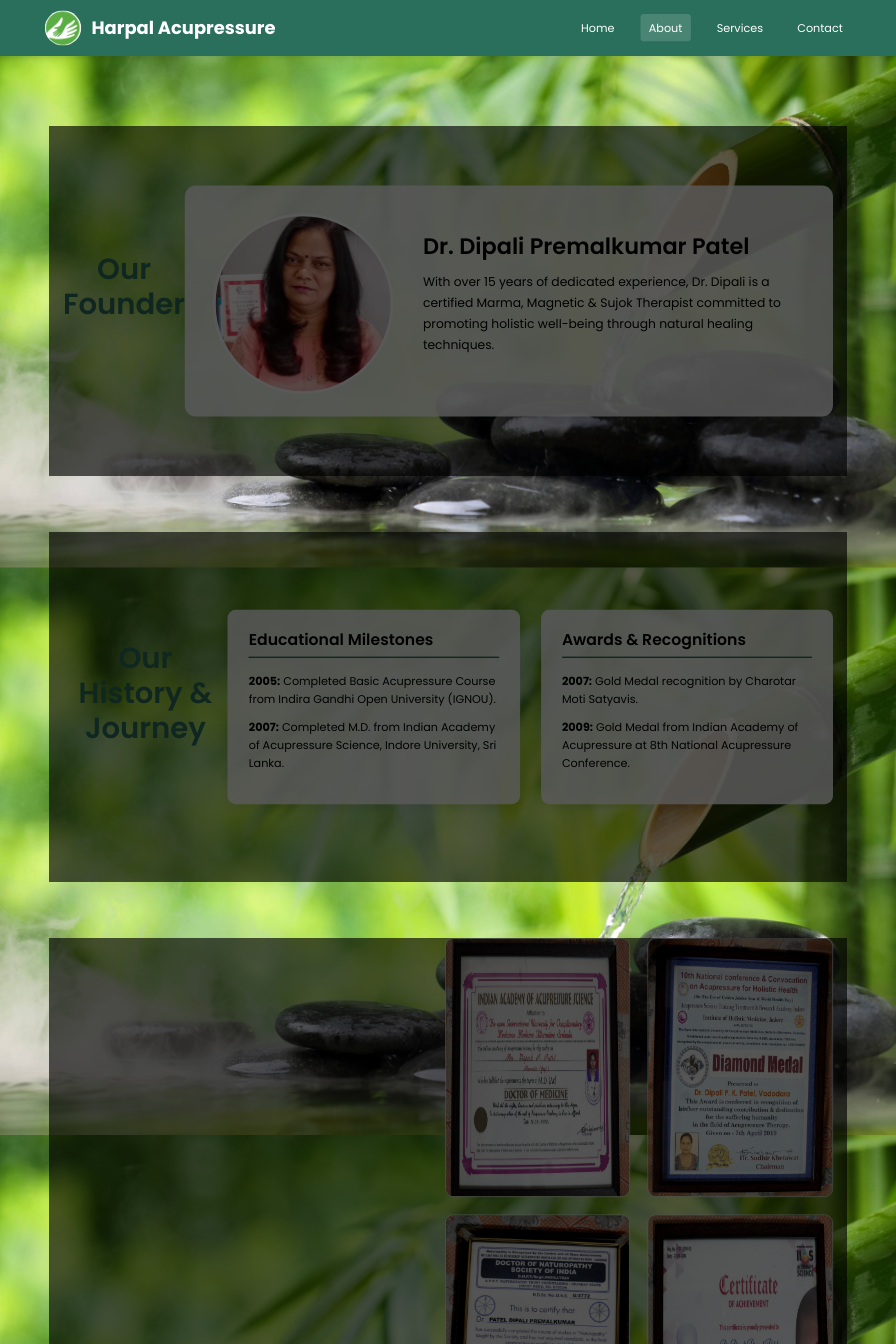
Repository: swasthiik/my-websites
Page: about.html
These files come from the project's save history. The page is drawn as it stood at one moment and after the next save; the edit follows.
The browser window is 1280 px wide. The pictures show the part of the page from y = 0 to 1920 px (the page is 6622 px tall), at 70% of full size.
Backgrounds fixed to the window are drawn as part of the page.

Above is the page before, as saved 2025-11-01 14:16:46.

After the next save:
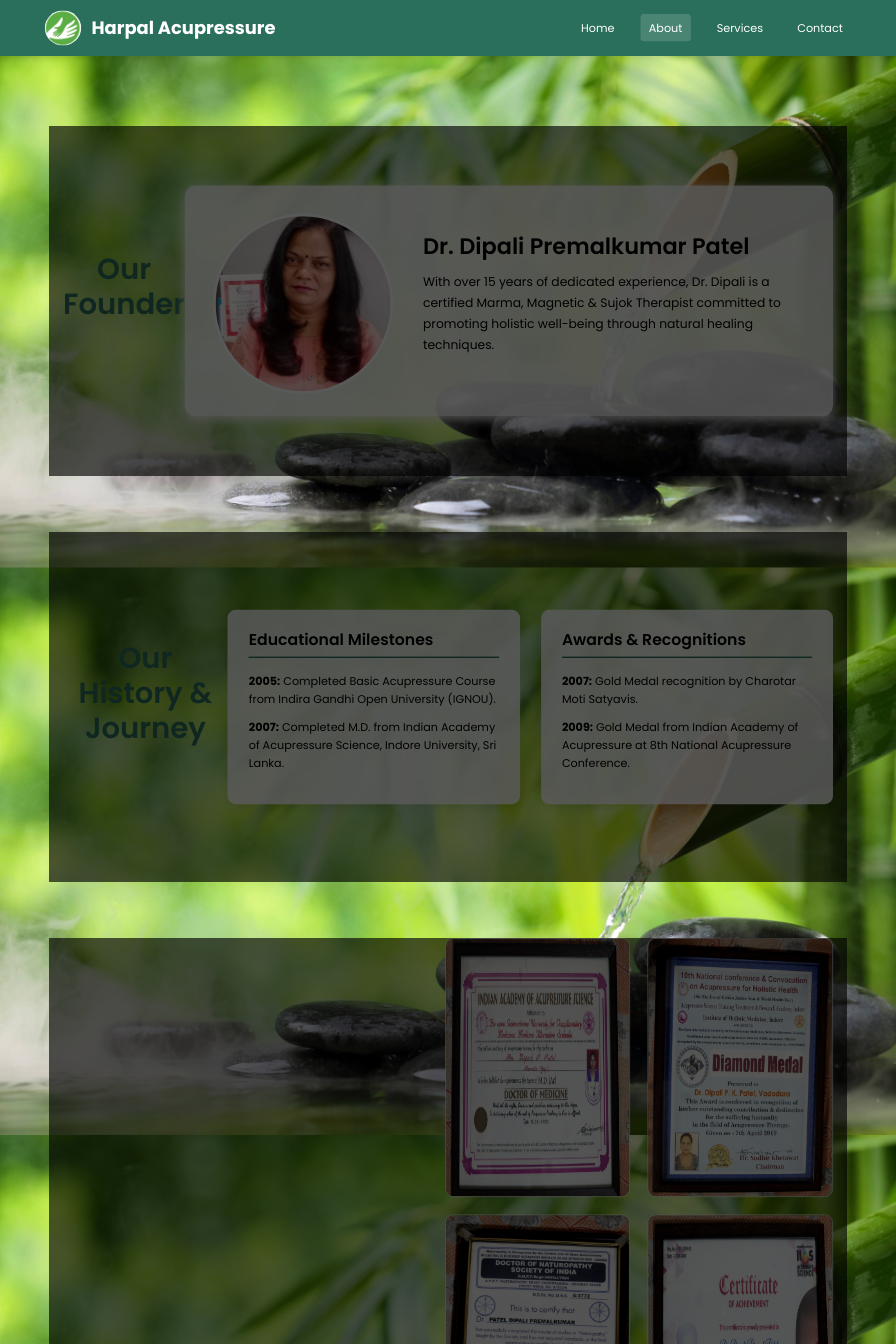
Saved 98 s later.
--- a/about.css
+++ b/about.css
@@ -57,7 +57,7 @@ main {
   background-color: rgba(255, 255, 255, 0.85);
   padding: 40px;
   border-radius: 16px;
-  box-shadow: 0 4px 15px rgba(0,0,0,0.1); /* Optional: Adds a subtle shadow */
+  box-shadow: 0 4px 15px rgb(245, 242, 242); /* Optional: Adds a subtle shadow */
 }
 
 .founder-image {
